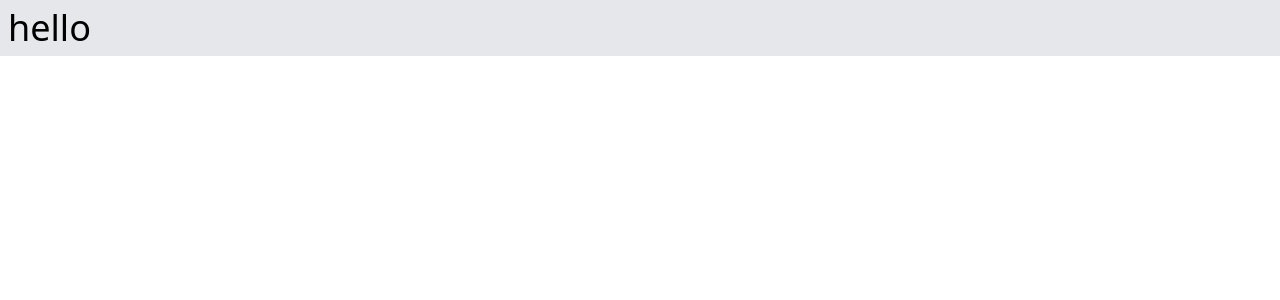
Repository: adrcstro/react-project-2
Page: /
An editor plug-in stored every save of this project. The page is shown before and after the next save, followed by the edit.
The browser window is 1280 px wide. The pictures show the whole page.
The project was rebuilt for these pictures with package versions that can differ from the ones it lists, and the page was loaded fresh each time.

Above is the page before, as saved 2024-08-14 10:21:52.

### src/index.js
import React from 'react';
import ReactDOM from 'react-dom/client';
import './index.css';
import App from './App';

const root = ReactDOM.createRoot(document.getElementById('root'));
root.render(

    <App />

);

### src/App.js



function App() {
  return (
    <div className="bg-gray-200">
  <h1 className="p-2  text-4xl">
      hello
    </h1>
    </div>

  );
}

export default App;

Loaded but not shown: public/index.html (common file); src/index.css (common file); tailwind.config.js (common file)

After the next save:
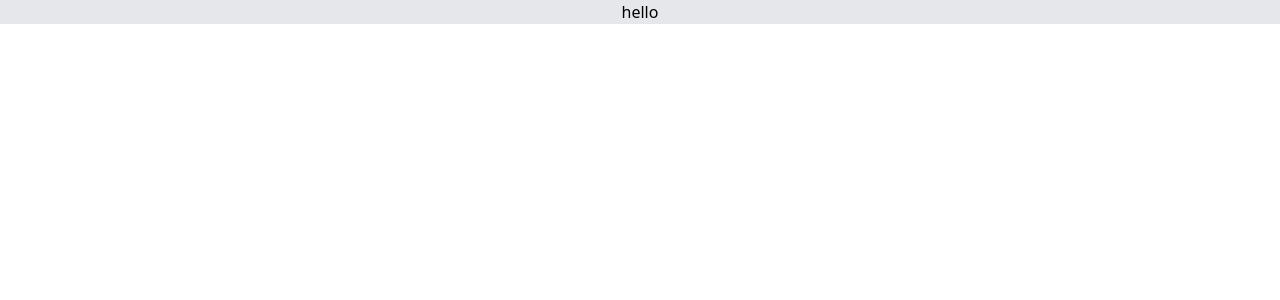
Saved 25 s later.
--- a/src/App.js
+++ b/src/App.js
@@ -4,7 +4,7 @@
 function App() {
   return (
     <div className="bg-gray-200">
-  <h1 className="p-2  text-4xl">
+  <h1 className="text-center">
       hello
     </h1>
     </div>
